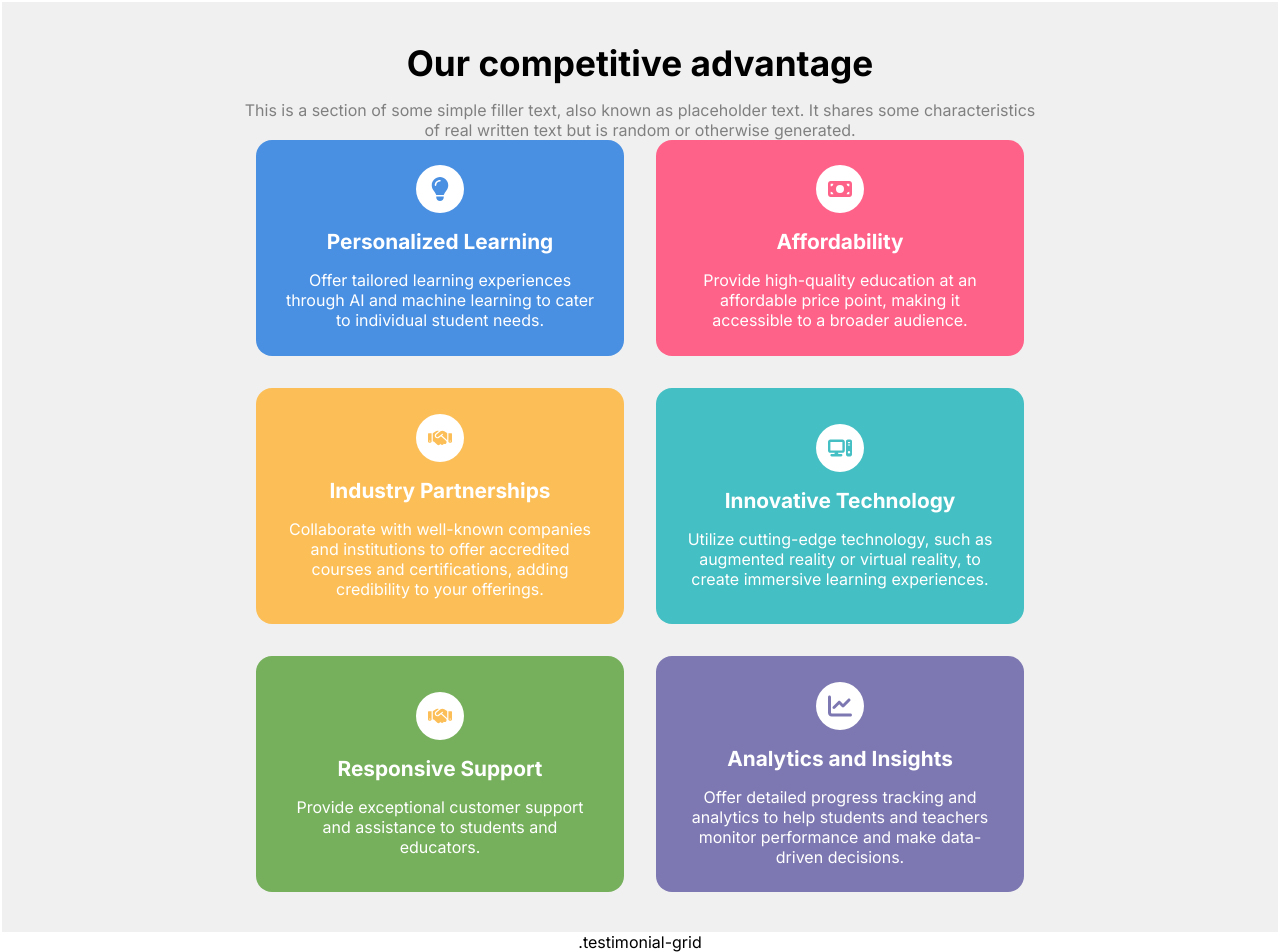
Repository: Vaibhav979/StudySync-FrontEnd-Project
Page: index.html
An editor plug-in stored every save of this project. The page is shown before and after the next save, followed by the edit.
The browser window is 1280 px wide. The pictures show the part of the page from y = 854 to 1806 px (the page is 1806 px tall before and 1786 px after).
A picture or video elsewhere on the page could not be fetched, so the positions and the page height are approximate.

Above is the page before, as saved 2025-04-17 23:13:46.

### index.html
<!DOCTYPE html>
<html lang="en">

<head>
    <meta charset="UTF-8">
    <meta name="viewport" content="width=device-width, initial-scale=1.0">
    <title>Document</title>
    <link rel="stylesheet" href="styles.css">
</head>

<body>
    <div class="header">
        <header class="header-content">
            <a href="#logo" class="logo">
                <img src="/images/StudySyn.svg" alt="" class="logo-icon">
                <span class="logo-text">StudySync</span>
            </a>

            <nav class="nav">
                <a href="#home" class="nav-link">Home</a>
                <a href="#features" class="nav-link">Features</a>
                <a href="#pricing" class="nav-link">Pricing</a>
                <a href="#blog" class="nav-link">Blog</a>
                <a href="#about" class="nav-link">About</a>
            </nav>

            <a href="#contact" class="contact-button">
                Contact Us
            </a>

            <button type="button" class="menu-button">
                <img src="/images/Hamburger.svg" alt="" class="menu-icon">
            </button>
        </header>
    </div>

    <div class="content">
        <section class="main-section">
            <div class="content-left">
                <p class="section-label">Very proud to introduce</p>
                <h1 class="section-title">Seamless Learning for Brighter Futures</h1>
                <p class="section-description">Our innovative platform offers an effortless and seamless approach to
                    learning, empowering students of all ages to achieve brighter futures. Join us on a transformative
                    journey to simplify education and unlock your full potential.
                </p>
                <div class="button-group">
                    <a href="#start" class="start-button">Start Now</a>
                    <a href="#tour" class="tour-button">Take Tour</a>
                </div>
            </div>

            <div class="content-right">
                <div class="image-container">
                    <img class="section-image" src="/images/usgs-hoS3dzgpHzw-unsplash.jpg" alt="">
                </div>
            </div>
        </section>
    </div>

    <div class="company-container">
        <h2 class="company-title">Trusted by the best</h2>
        <div class="company-grid">
            <div class="company-logo">
                <img src="/images/Google.svg" alt="" class="svg-img">
                <span class="logo-txt">Google</span>
            </div>
            <div class="company-logo"><img src="/images/Microsoft.svg" alt="" class="svg-img">
                <span class="logo-txt">Microsoft</span>
            </div>
            <div class="company-logo"><img src="/images/linkedin.svg" alt="" class="svg-img">
                <span class="logo-txt">LinkedIn</span>
            </div>
            <div class="company-logo"><img src="/images/VectorEdu.svg" alt="" class="svg-img">
                <span class="logo-txt">VectorEdu</span>
            </div>
        </div>
    </div>

    <div class="feature-container">
        <div class="feature-content">
            <div class="main-info">
                <h2 class="main-title">Our competitive advantage</h2>
                <p class="main-description">This is a section of some simple filler text, also known as placeholder
                    text. It shares some
                    characteristics of real written text but is random or otherwise generated.</p>
            </div>
            <!-- cards -->
            <div class="feature-grid">
                <!--card1-->
                <div class="feature-card">
                    <div class="icon-container">
                        <img class="feature-svg" src="./images/PersonalizedLearn.svg" />
                    </div>
                    <div class="feature-info">
                        <div class="feature-title">Personalized Learning</div>
                        <div class="feature-description">Offer tailored learning experiences through AI and machine
                            learning to cater to individual student needs.</div>
                    </div>
                </div>
                <!--card2-->
                <div class="feature-card">
                    <div class="icon-container">
                        <img class="feature-svg" src="./images/Affordability.svg" />
                    </div>
                    <div class="feature-info">
                        <div class="feature-title">Affordability</div>
                        <div class="feature-description">Provide high-quality education at an affordable price point,
                            making it accessible to a broader audience.</div>
                    </div>
                </div>
                <!--card3-->
                <div class="feature-card">
                    <div class="icon-container">
                        <img class="feature-svg" src="./images/IndustryPatner.svg" />
                    </div>
                    <div class="feature-info">
                        <div class="feature-title">Industry Partnerships</div>
                        <div class="feature-description">Collaborate with well-known companies and institutions to offer
                            accredited courses and certifications, adding credibility to your offerings.</div>
                    </div>
                </div>
                <!--card4-->
                <div class="feature-card">
                    <div class="icon-container">
                        <img class="feature-svg" src="./images/InnovativeTech.svg" />
                    </div>
                    <div class="feature-info">
                        <div class="feature-title">Innovative Technology</div>
                        <div class="feature-description">Utilize cutting-edge technology, such as augmented reality or
                            virtual reality, to create immersive learning experiences.</div>
                    </div>
                </div>
                <!--card5-->
                <div class="feature-card">
                    <div class="icon-container">
                        <img class="feature-svg" src="./images/IndustryPatner.svg" />
                    </div>
                    <div class="feature-info">
                        <div class="feature-title">Responsive Support</div>
                        <div class="feature-description">Provide exceptional customer support and assistance to students
                            and educators.</div>
                    </div>
                </div>
                <!-- card 6 -->
                <div class="feature-card">
                    <div class="icon-container">
                        <img class="feature-svg" src="./images/Analytics.svg" />
                    </div>
                    <div class="feature-info">
                        <div class="feature-title">
                            Analytics and Insights
                        </div>
                        <div class="feature-description">
                            Offer detailed progress tracking and analytics to help students and teachers monitor
                            performance and make data-driven decisions.
                        </div>
                    </div>
                </div>
            </div>
        </div>
    </div>

    <div class="testimonial-container">
        <div class="tesitmonial-content">
            .testimonial-grid
        </div>
    </div>
</body>

</html>

### styles.css
@import url("https://fonts.googleapis.com/css2?family=Inter:wght@100;200;400;500;600;700&display=swap");

:root {
  --primary-color: #6366f1;
  --accent-color: #3f83f8;
  --text-color: #333333;
  --link-color: #2563eb;
  --background-color: #ffffff;
  --light-gray: #f0f0f0;
  --gray: #808080;
  --dark-gray: #555;
}

* {
  margin: 0;
  padding: 0;
  font-family: "Inter", sans-serif;
  text-decoration: none;
}

body {
  height: 100vh;
  text-align: center;
  background-color: var(--background-color);
  padding: 0.1rem;
  /* align-items: center; */
}

header {
  display: flex;
  justify-content: space-between;
  align-items: center;
  max-width: 1280px;
  margin: 0 auto;
  padding: 0.5rem;
}

.header {
  /* border: 1px solid black; */
}

.logo {
  display: flex;
  align-items: center;
  font-size: 1.5rem;
  font-weight: bold;
  text-decoration: none;
  gap: 0.625rem;
}

.logo-icon {
  height: 5.875rem;
  width: 1.938rem;
}

.logo-text {
  font-size: 2rem;
  font-weight: bold;
}

.nav {
  display: none;
  gap: 1.5rem;
}

@media screen and (min-width: 768px) {
  .nav {
    display: flex;
  }
}

.nav-link {
  color: #718096;
  font-size: 1.25rem;
  font-weight: 600;
  transform: color 0.1s;
}

.nav-link:hover {
  color: var(--link-color);
}

.contact-button {
  display: none;
  border: none;
  border-radius: 0.375rem;
  background-color: var(--primary-color);
  color: var(--background-color);
  transform: all 0.1s;
  padding: 0.75rem 1.5rem;
}

@media screen and (min-width: 768px) {
  .contact-button {
    display: block;
  }
}

.contact-button:hover {
  background-color: #5254f8;
}

.menu-button {
  display: none;
  border: none;
  border-radius: 0.375rem;
}

@media screen and (max-width: 768px) {
  .menu-button {
    display: block;
  }
}

.menu-icon {
  height: 1.5rem;
  width: 1.5rem;
}

.main-section {
  display: flex;
  max-width: 1280px;
  flex-direction: column;
  gap: 2rem;
  padding: 0.6rem;
  align-items: center;
  margin: 0 auto;
}

.content-left {
  text-align: center;
  animation: slideFromLeft 1s ease forwards;
  opacity: 0;
}

@keyframes slideFromLeft {
  0% {
    opacity: 0;
    transform: translateX(-100px);
  }

  100% {
    opacity: 1;
    transform: translateX(0);
  }
}

.section-label {
  font-size: 1.15rem;
  font-weight: 600;
  color: var(--primary-color);
}

.section-title {
  font-size: 2.3rem;
  padding: 1.1rem;
  color: var(--text-color);
}

.section-description {
  color: var(--gray);
  font-size: 1.13rem;
}

.button-group {
  display: flex;
  gap: 2rem;
  padding: 1rem;
  margin-top: 1rem;
  align-items: center;
  justify-content: center;
}

.start-button,
.tour-button {
  /* margin: 2rem; */
  border: none;
  border-radius: 0.375rem;
  background-color: var(--primary-color);
  color: var(--background-color);
  transform: all 0.1s;
  padding: 0.75rem 1.5rem;
  font-size: 1rem;
  font-weight: 600;
}

.tour-button {
  background-color: var(--dark-gray);
}

.start-button:hover {
  background-color: var(--link-color);
}

.tour-button:hover {
  background-color: var(--light-gray);
}

.content-right {
  display: flex;
  align-items: center;
  justify-content: center;
}

.image-container {
  border: none;
  border-radius: 1.225rem;
  overflow: hidden;
  box-shadow: 0px 4px 8px rgba(0, 0, 0, 0.1);
  height: 50vh;
  /* width: 60vw; */
}

.section-image {
  height: 100%;
  width: 100%;
}

@media screen and (min-width: 768px) {
  .main-section {
    flex-direction: row;
  }

  .content-left {
    max-width: 50%;
    text-align: left;
  }

  .section-title {
    padding-left: 0;
  }

  .button-group {
    justify-content: start;
    padding-left: 0;
  }

  .section-label {
    font-size: 1rem;
  }

  .section-title {
    font-size: 3.8rem;
  }

  .image-container {
    height: 67vh;
  }

  .section-description {
    font-size: 1.1rem;
    color: var(--gray);
    width: 78%;
  }
}

.company-container {
  display: flex;
  flex-direction: column;
  justify-content: center;
  align-items: center;
  margin-top: 2rem;
  animation: slideFromLeft 1s ease forwards;
}

.company-grid {
  margin-top: 2rem;
  display: grid;
  grid-template-columns: repeat(2, 1fr);
  gap: 3rem;
  padding: 1.8rem 2.5rem;
  background-color: var(--light-gray);
  margin-bottom: 2rem;
  border: none;
  border-radius: 0.625rem;
}

.company-logo {
  font-size: 1rem;
  font-weight: 500;
  color: var(--gray);
  display: flex;
  gap: 0.5rem;
}

.svg-img {
  height: 40px;
}

.logo-txt {
  font-size: 1rem;
}

@media screen and (min-width: 640px) {
  .company-grid {
    grid-template-columns: repeat(4, 1fr);
  }

  .company-title {
    font-size: 2.5rem;
    font-weight: bold;
  }
}

.feature-container {
  background-color: var(--light-gray);
  padding: 2.5rem 0;
  text-align: center;
}

.feature-content {
  max-width: 800px;
  margin: 0 auto;
  padding: 0 2rem;
}

.main-info {
  display: flex;
  flex-direction: column;
  gap: 1rem;
}

.main-title {
  font-size: 2.2rem;
  font-weight: bold;
}

.main-description {
  color: var(--gray);
  font-size: 1rem;
}

.feature-grid {
  display: grid;
  grid-gap: 2rem;
  grid-template-columns: repeat(2, 1fr);
  margin-top: 1rem;
  margin: 0 1rem;
}

.feature-svg {
  width: 1.5rem;
  height: 1.5rem;
}

.icon-container {
  background-color: var(--background-color);
  height: 3rem;
  width: 3rem;
  border-radius: 50%;
  display: flex;
  justify-content: center;
  align-items: center;
}

.feature-card {
  display: flex;
  justify-content: center;
  align-items: center;
  flex-direction: column;
  background-color: #6d7890;
  padding: 1.6rem;
  border-radius: 1rem;
  gap: 1rem;
}

.feature-info {
  display: flex;
  flex-direction: column;
  gap: 1rem;
}

.feature-title {
  color: white;
  font-weight: bold;
  font-size: 1.3rem;
}

.feature-description {
  color: white;
}

.feature-card:nth-child(1) {
  background-color: #4a90e2;
}

.feature-card:nth-child(2) {
  background-color: #ff6289;
}

.feature-card:nth-child(3) {
  background-color: #fcbf58;
}

.feature-card:nth-child(4) {
  background-color: #44bfc3;
}

.feature-card:nth-child(5) {
  background-color: #77b05d;
}

.feature-card:nth-child(6) {
  background-color: #7d78b1;
}

@media screen and (max-width: 768px) {
  .feature-grid {
    grid-template-columns: repeat(1, 1fr);
  }
}

After the next save:
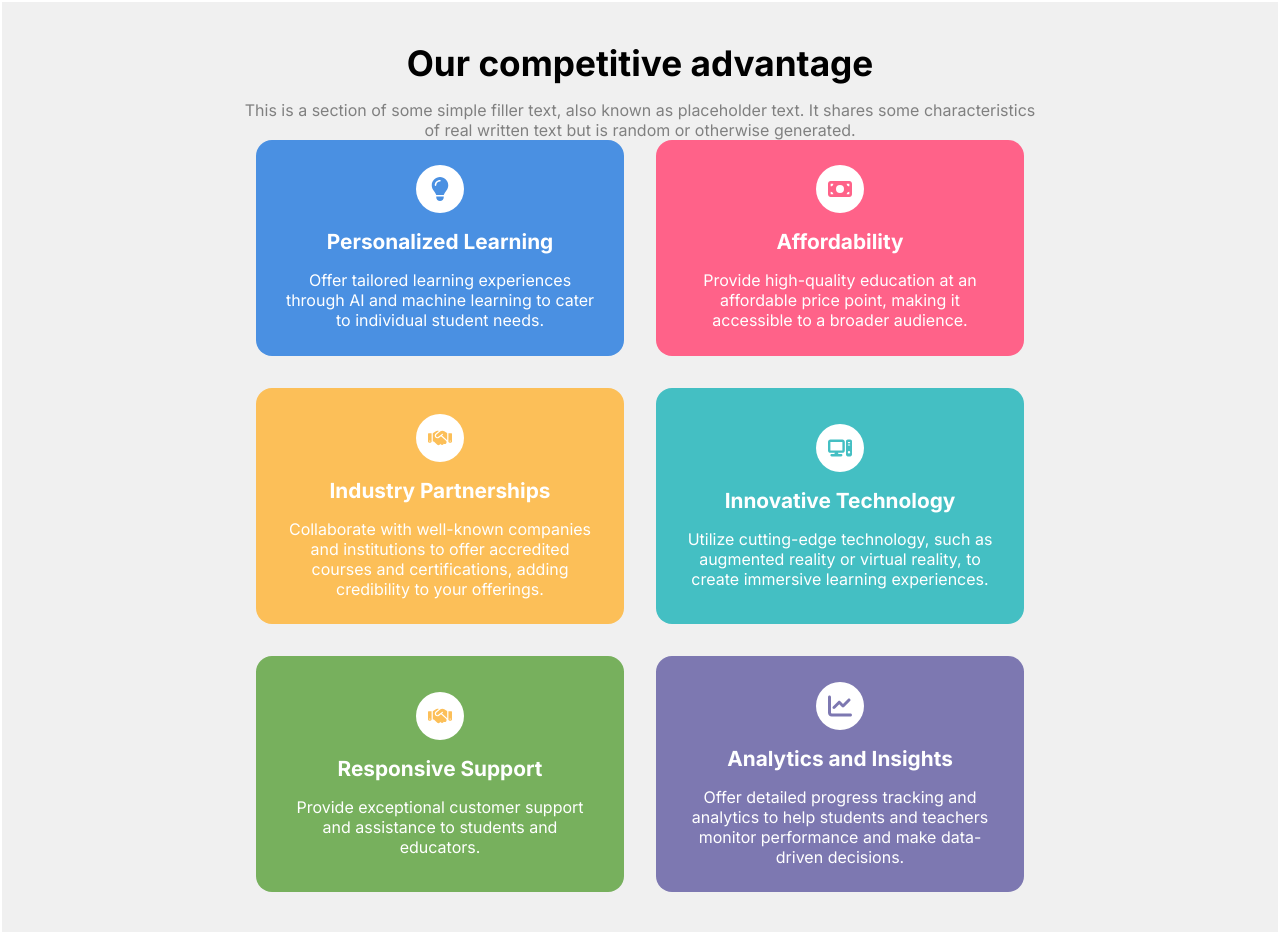
Saved 24 s later.
--- a/index.html
+++ b/index.html
@@ -162,7 +162,7 @@
 
     <div class="testimonial-container">
         <div class="tesitmonial-content">
-            .testimonial-grid
+            <div class="testimonial-grid"></div>
         </div>
     </div>
 </body>
